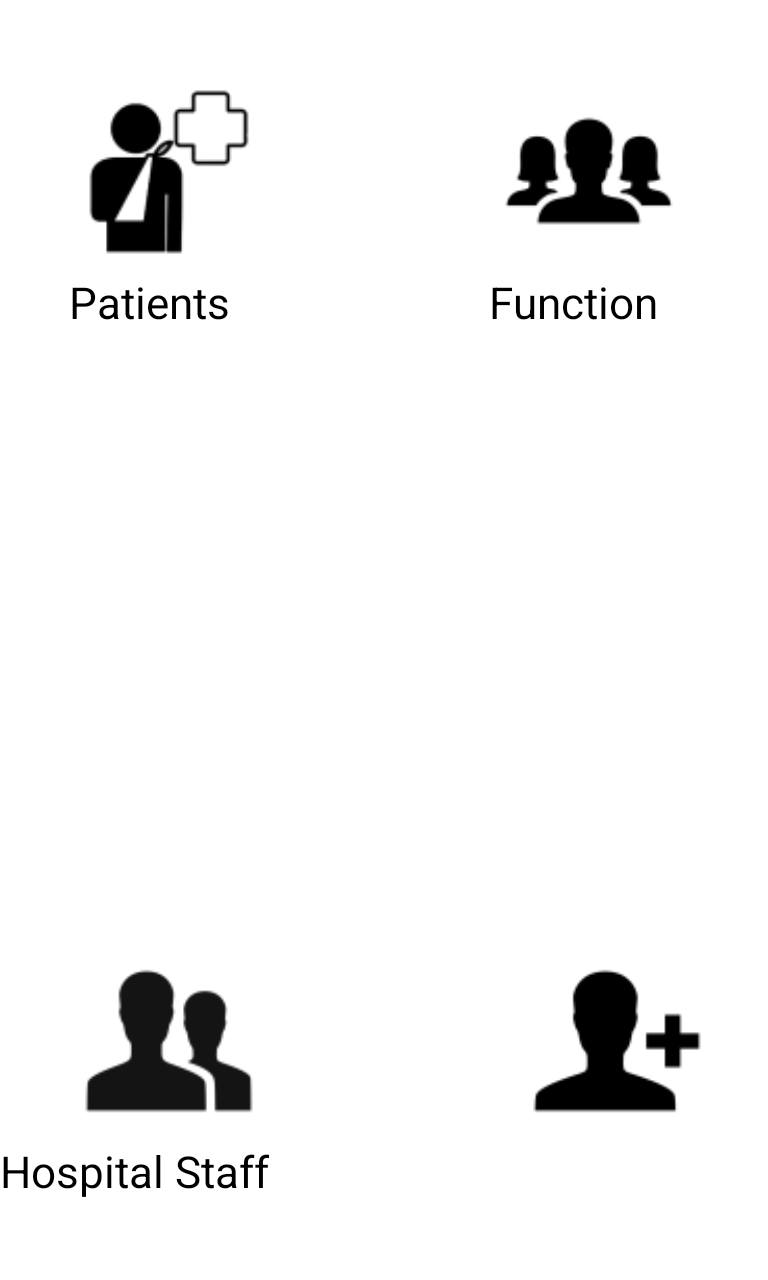
Repository: erwasambo/greendevelopment
Layout: GreenDevelopment/NASCuisine/res/layout/dashboard.xml
An editor plug-in stored every save of this project. The layout is shown before and after the next save, followed by the edit.
It is drawn on a 768 x 1280 px phone screen (xhdpi) without system bars, with theme AppTheme; the app's code is not run.

Above is the layout before, as saved 2013-12-03 05:08:12.

### GreenDevelopment/NASCuisine/res/layout/dashboard.xml
<?xml version="1.0" encoding="utf-8"?>
<RelativeLayout xmlns:android="http://schemas.android.com/apk/res/android"
    android:layout_width="match_parent"
    android:layout_height="match_parent" >

    <TextView
        android:id="@+id/textView3"
        android:layout_width="wrap_content"
        android:layout_height="wrap_content"
        android:layout_alignBaseline="@+id/textView2"
        android:layout_alignBottom="@+id/textView2"
        android:layout_alignParentRight="true"
        android:layout_marginRight="55dp"
        android:text="@string/func"
        android:textAppearance="?android:attr/textAppearanceLarge" />

    <ImageView
        android:id="@+id/imgstaff"
        android:layout_width="100dp"
        android:layout_height="100dp"
        android:layout_alignLeft="@+id/textView2"
        android:layout_alignTop="@+id/imgadmin"
        android:src="@drawable/staff" />

    <TextView
        android:id="@+id/TextView01"
        android:layout_width="wrap_content"
        android:layout_height="wrap_content"
        android:layout_alignParentBottom="true"
        android:layout_alignParentLeft="true"
        android:layout_marginBottom="40dp"
        android:text="@string/hospstaff"
        android:textAppearance="?android:attr/textAppearanceLarge" />

    <ImageView
        android:id="@+id/imgpatients"
        android:layout_width="100dp"
        android:layout_height="100dp"
        android:layout_alignParentTop="true"
        android:layout_alignRight="@+id/TextView01"
        android:layout_marginTop="36dp"
        android:src="@drawable/patientimg" />

    <ImageView
        android:id="@+id/imgfunction"
        android:layout_width="100dp"
        android:layout_height="100dp"
        android:layout_alignLeft="@+id/textView3"
        android:layout_alignTop="@+id/imgpatients"
        android:src="@drawable/function" />

    <TextView
        android:id="@+id/textView2"
        android:layout_width="wrap_content"
        android:layout_height="wrap_content"
        android:layout_alignLeft="@+id/imgpatients"
        android:layout_below="@+id/imgpatients"
        android:text="@string/patients"
        android:textAppearance="?android:attr/textAppearanceLarge" />

    <ImageView
        android:id="@+id/imgadmin"
        android:layout_width="100dp"
        android:layout_height="100dp"
        android:layout_above="@+id/TextView01"
        android:layout_alignLeft="@+id/textView3"
        android:layout_marginLeft="14dp"
        android:src="@drawable/admin" />

</RelativeLayout>

### GreenDevelopment/NASCuisine/res/values/strings.xml
<?xml version="1.0" encoding="utf-8"?>
<resources>

    <string name="app_name">NAS Cuisine</string>
     <string name="app_namelogin">NAS Cuisine - Log in</string>




    <string name="action_settings">Settings</string>
    <string name="activity_scrollview">ScrollView</string>
    <string name="activity_listview">ListView</string>
    <string name="activity_gridview">GridView</string>
    <string name="activity_webview">WebView</string>
    <string name="activity_fragment_tabs">Fragments + Tabs</string>
    <string name="activity_fragment_tabs_vp">Fragments + Tabs + ViewPager</string>
    <string name="pref_title_stick_container">Stick layer to</string>
    <string name="pref_title_show_shadow">Show shadow</string>
    <string name="pref_title_show_offset">Closed offset</string>
    <string name="open_button_container">Open</string>
    <string name="close_button_container">Close</string>
	<string name="title_activity_main">PayPal Access</string>
    <string name="title_activity_login">Login</string>
    <string name="btn_login">Login with PayPal</string>
    <string name="progress_loading_title">Loading&#8320;</string>
    <string name="progress_loading_msg">Login is possible in a few seconds</string>
    <string name="toast_login_ok">Logged in</string>
    <string name="toast_login_failed">Login failed</string>
    <string name="login_description">This enables the user to use his PayPal credentials to login. Thus he doesn\'t have to create yet another account and remember yet another password.</string>
	<string name="login_oauth">OAuth 2.0</string>
	<string name="login_openid">OpenID</string>

    <string name="swipe_label">Swipe!</string>
    <string name="swipe_left_label">Swipe left!</string>
    <string name="swipe_right_label">Swipe right!</string>
    <string name="swipe_up_label">Swipe up!</string>
    <string name="swipe_down_label">Swipe down!</string>

    <string name="label_right">Right</string>
    <string name="label_left">Left</string>
    <string name="label_middle">Middle</string>
    <string name="label_top">Top</string>
    <string name="label_bottom">Bottom</string>

    <string name="not_applicable">n/a</string>

    <string-array name="pref_list_titles">
        <item>@string/label_right</item>
        <item>@string/label_middle</item>
        <item>@string/label_left</item>
        <item>@string/label_top</item>
        <item>@string/label_bottom</item>
    </string-array>
    <string-array name="pref_list_values">
        <item>right</item>
        <item>middle</item>
        <item>left</item>
        <item>top</item>
        <item>bottom</item>
    </string-array>

    <string name="pref_go">Go!</string>

    <string name="no_media_warning">Storage Media not present</string>
    <string name="no_media_hint">Sharing the storage media with a PC can make it inaccessible</string>
    <string name="open_failed">Unable to open document</string>
    <string name="cancel">Cancel</string>
    <string name="search_backwards">Search backwards</string>
    <string name="search_forwards">Search forwards</string>
    <string name="search_document">Search document</string>
    <string name="picker_title">NAS Cuisine</string>
    <string name="outline_title">Table of Contents</string>
    <string name="enter_password">Enter Password</string>
    <string name="text_not_found">Text not found</string>
    <string name="searching_">Searching...</string>
    <string name="link_control">Link highlighting and enabling</string>
    <string name="no_further_occurences_found">No further occurences found</string>
    <string name="gen_pdf">Generate pdf</string>
    <string name="view_pdf">View pdf</string>
    <string name="title_activity_main">MainActivity</string>
    <string name="progress_title">Generateing pdf...</string>

    <string name="taliiafrica">Julisha</string>
	<string name="main">Julisha</string>
	<string name="weather">Check Weather</string>
	<string name="rescue">Emergency Rescue</string>
	<string name="exit">Exit</string>
	<string name="srtsail">Begin Sailing</string>
	<string name="stpsail">End Sailing</string>
	<string name="chkmap">Check Map</string>
	<string name="sets">Settings</string>
	<string name="vsltype">Vessel Type:</string>
	<string name="vid">Vessel Id:</string>
	<string name="vslname">Vessel Name:</string>
	<string name="wtrbody">Water Body:</string>
	<string name="desc">General Description:</string>
	<string name="sv">Save</string>
	<string name="lgout">Logout</string>
	<string name="sail">Sailing</string>
	<string name="myacc">My Account</string>
	<string name="date">Date:</string>
	<string name="time">Time:</string>
	<string name="initloc">Initial Location:</string>
	<string name="Destination">Destination:</string>
	<string name="onboard">Number Onboard:</string>
	<string name="act">Activity:</string>
	<string name="bgnSail">Begin Sailing</string>
	<string name="currLoc">Current Location:</string>
	<string name="endsail">End Sailing</string>
	<string name="prevloc">Previous Location</string>
	<string name="desc2">Image2</string>
	<string name="login">Login</string>
	<string name="email">Email:</string>
	<string name="password">Password:</string>
	<string name="newtojulisharegister">New to Julisha? Register here</string>
	<string name="registeracc">Register New Account</string>
	<string name="fullname">Full Name</string>
	<string name="logout">Logout</string>
	<string name="briefdesc">Brief Description:</string>
	<string name="safe">Safe</string>
	<string name="minor">Minor Problem</string>
	<string name="danger">Danger</string>
	<string name="xtremedanger">Extreme Danger</string>
	<string name="signup">Sign up</string>
	<string name="donthaveacc">Don\'t have an account yet? </string>
	<string name="forgotpwd">Forgot Password</string>
	<string name="firstname">First Name</string>
	<string name="othernames">Other Names</string>
	<string name="staffno">Staff Number</string>
	<string name="cnfpassword">Confirm Password</string>
	<string name="iagree">I agree to</string>
	<string name="termsofuse">terms ofuse</string>
	<string name="perosnstoserve">Please select persons to serve</string>
	<string name="patients">Patients</string>
	<string name="func">Function</string>
	<string name="hospstaff">Hospital Staff</string>
	<string name="admin">Admin</string>
	<string name="mealord">Meal Order</string>
	<string name="drystore">Dry Store</string>
	<string name="salessummary">Sales Summary</string>
	<string name="mealsum">Meals Summary</string>
	<string name="transf">Transfer Vouchers</string>
	<string name="delivbook">Delivery Book</string>
	<string name="laundbook">Laundry Book</string>
	<string name="stjoseph">St. Joseph\'s</string>
	<string name="stmary">St. Mary\'s</string>
	<string name="stanne">St. Anne\'s</string>
	<string name="olc">OLC</string>
	<string name="lourdel">Lourdel</string>
	<string name="mccauley">McCauley</string>
	<string name="renal">Renal Unit</string>
	<string name="administration">Administration</string>




</resources>

Loaded but not shown: GreenDevelopment/NASCuisine/res/values/styles.xml (common file); GreenDevelopment/NASCuisine/res/values-v11/styles.xml (common file); GreenDevelopment/NASCuisine/res/values-v14/styles.xml (common file)

After the next save:
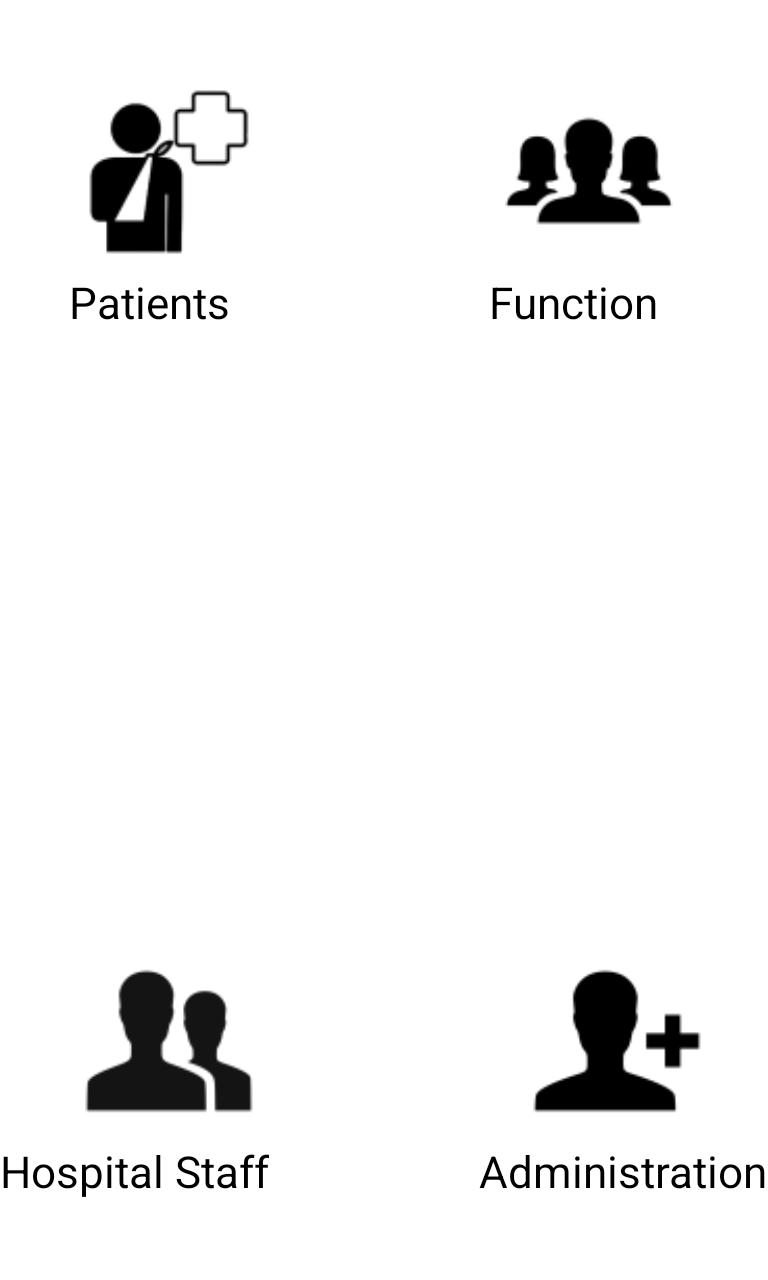
Saved 10 s later.
--- a/GreenDevelopment/NASCuisine/res/layout/dashboard.xml
+++ b/GreenDevelopment/NASCuisine/res/layout/dashboard.xml
@@ -67,4 +67,14 @@
         android:layout_marginLeft="14dp"
         android:src="@drawable/admin" />
 
+    <TextView
+        android:id="@+id/TextView02"
+        android:layout_width="wrap_content"
+        android:layout_height="wrap_content"
+        android:layout_alignBaseline="@+id/TextView01"
+        android:layout_alignBottom="@+id/TextView01"
+        android:layout_alignParentRight="true"
+        android:text="@string/administration"
+        android:textAppearance="?android:attr/textAppearanceLarge" />
+
 </RelativeLayout>
